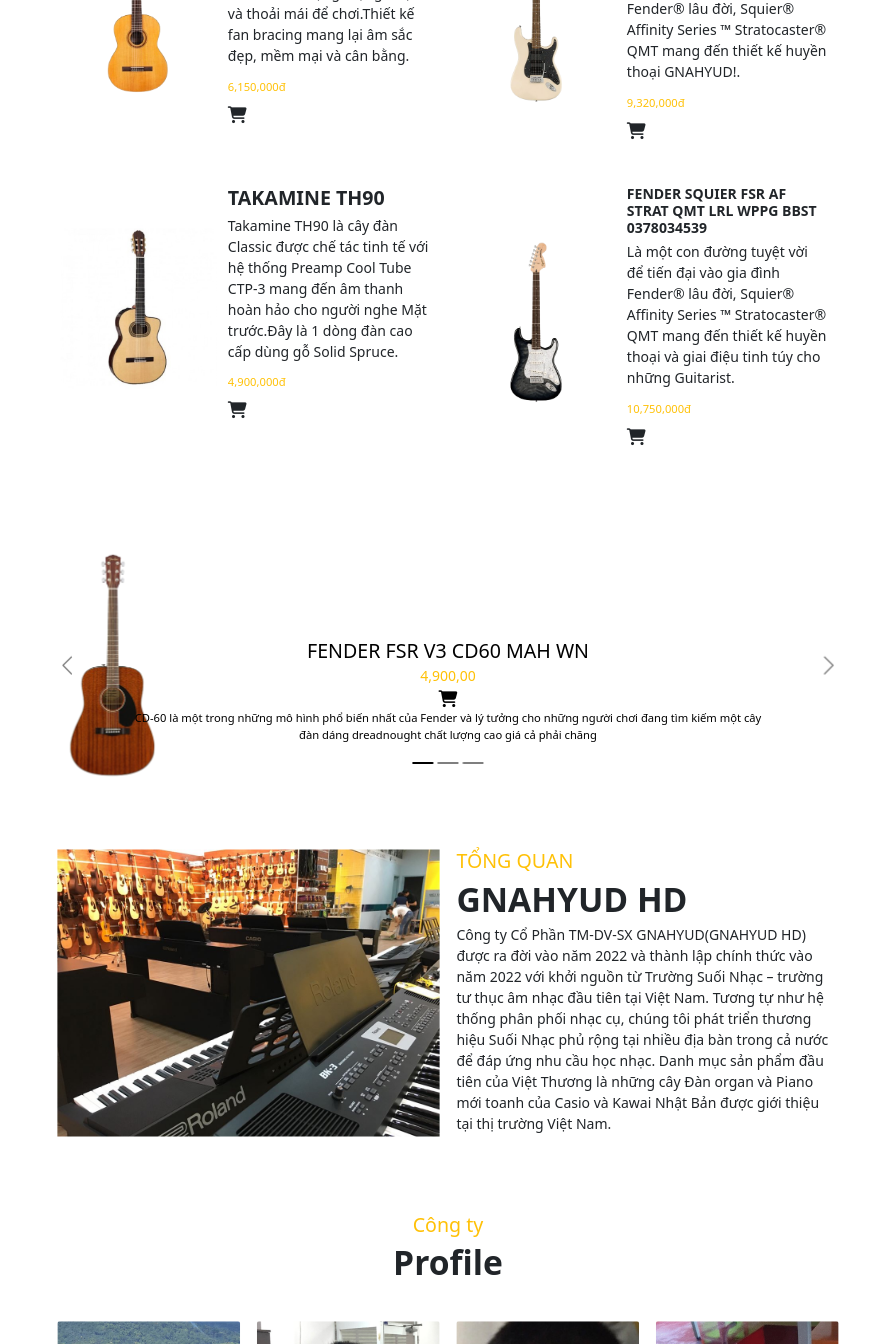
Repository: HoangDuy315/guitar
Page: index.html
These files come from the project's save history. The page is drawn as it stood at one moment and after the next save; the edit follows.
The browser window is 1280 px wide. The pictures show the part of the page from y = 1401 to 3321 px (the page is 4869 px tall), at 70% of full size.
Some web libraries are served in a nearby version.

Above is the page before, as saved 2022-09-16 15:41:00.

After the next save:
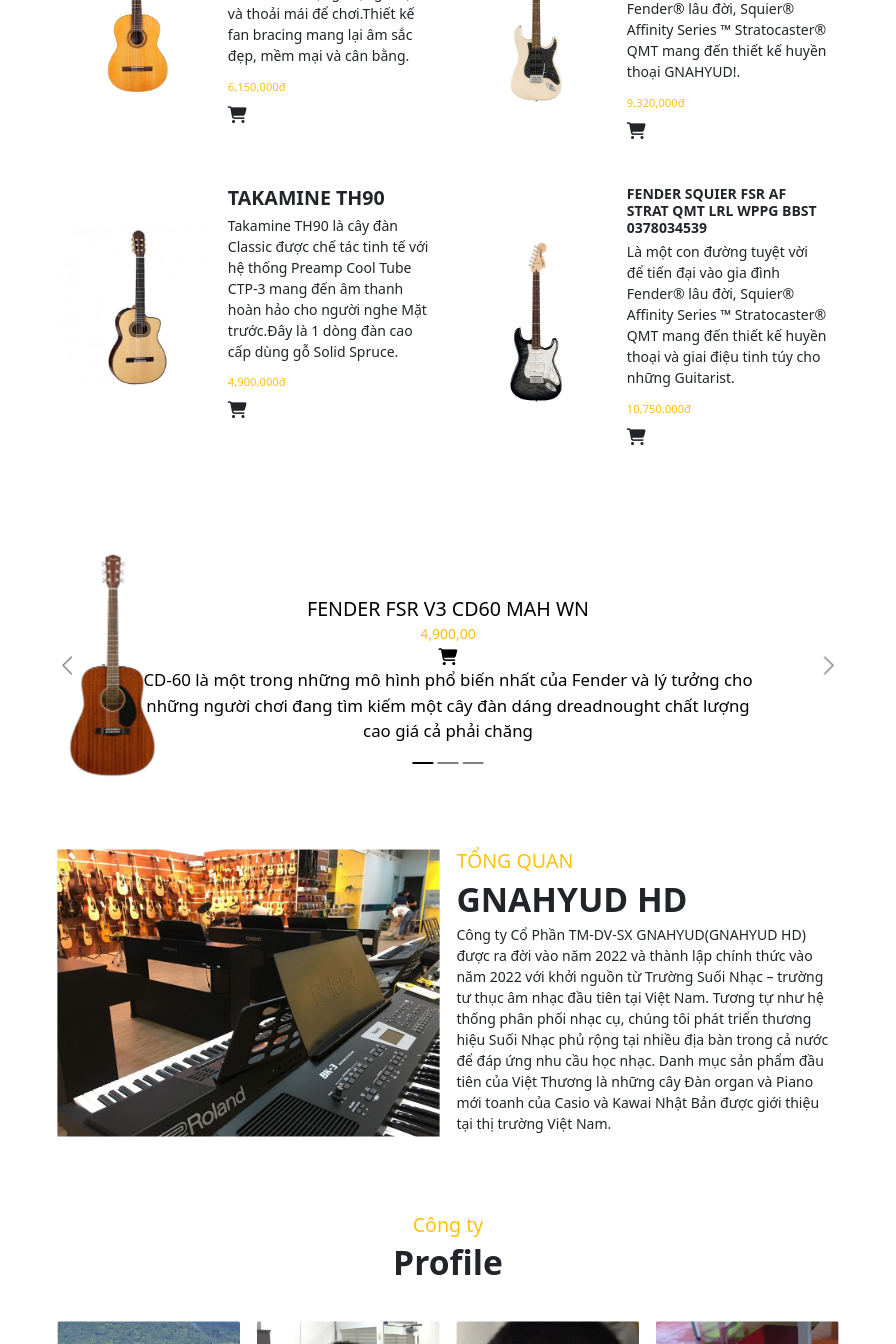
Saved 13 s later.
--- a/index.html
+++ b/index.html
@@ -210,7 +210,7 @@
             <h3>FENDER FSR V3 CD60 MAH WN</h3>
             <h5 class="text-warning">4,900,00</h5>
             <i class="fa-solid fa-cart-shopping fs-4"></i>
-            <p>CD-60 là một trong những mô hình phổ biến nhất của Fender và lý tưởng cho những người chơi đang tìm kiếm một cây đàn dáng dreadnought chất lượng cao giá cả phải chăng</p>
+            <p class="fs-4">CD-60 là một trong những mô hình phổ biến nhất của Fender và lý tưởng cho những người chơi đang tìm kiếm một cây đàn dáng dreadnought chất lượng cao giá cả phải chăng</p>
           </div>
         </div>
         <div class="carousel-item" data-bs-interval="2000">
